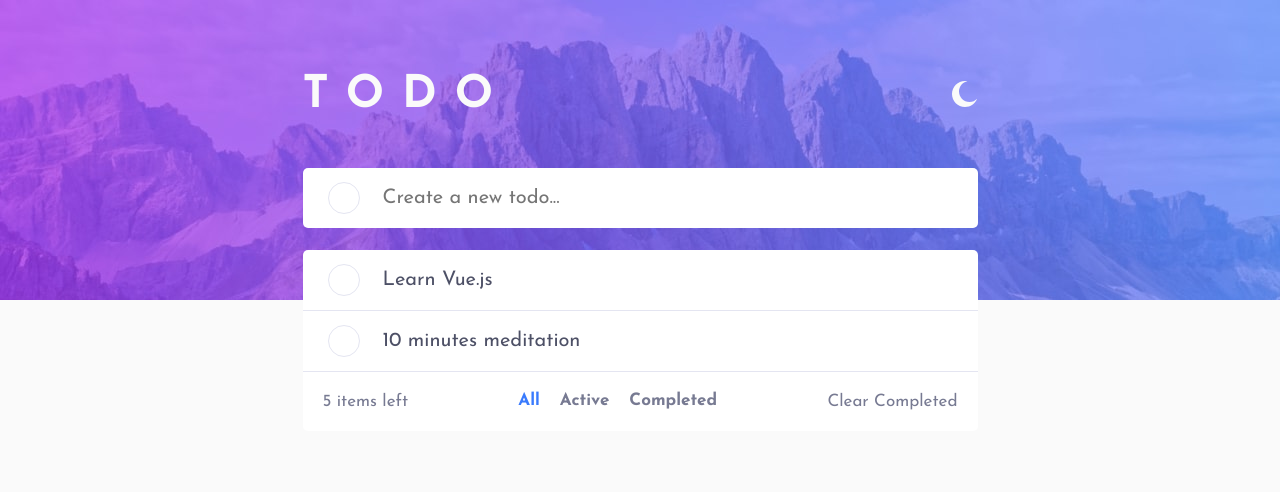
Repository: tomas938/todo-app
Page: /
The author's editor kept a copy of each file at every save. The page is drawn from the files as they stood at one save, then again after the next save.
The browser window is 1280 px wide. The pictures show the whole page.
The project was rebuilt for these pictures with package versions that can differ from the ones it lists, and the page was loaded fresh each time.

Above is the page before, as saved 2021-08-18 12:32:03.

### src/main.js
import { createApp } from "vue";
import App from "./App.vue";
import router from "./router";

createApp(App)
	.use(router)
	.mount("#app");

### src/App.vue
<template>
	<router-view />
</template>

<style lang="scss">
@import "/src/scss/_variables";
:root {
	.dark {
		--bg-image: url(./assets/bg-desktop-dark.jpg);
		--items-bg-color: hsl(235, 24%, 19%);
		--body-bg: hsl(235, 21%, 11%);
		--todo-text: hsl(236, 33%, 92%);
		--todo-border: hsl(237, 14%, 26%);
	}
	.light {
		--bg-image: url(./assets/bg-desktop-light.jpg);
		--items-bg-color: hsl(0, 0%, 100%);
		--body-bg: hsl(0, 0%, 98%);
		--todo-text: hsl(233, 14%, 35%);
		--todo-border: hsl(236, 33%, 92%);
	}
}
* {
	margin: 0;
	padding: 0;
	box-sizing: border-box;
}
html {
	font-size: 62.5%;
}
body {
	font-size: 1.8rem;
	font-family: $font-primary;
	background-color: var(--body-bg);
}

li {
	list-style: none;
}
</style>

### src/router/index.js
import { createRouter, createWebHashHistory } from "vue-router";
import Home from "../views/Home.vue";

const routes = [
	{
		path: "/",
		name: "Home",
		component: Home,
	},
];

const router = createRouter({
	history: createWebHashHistory(),
	routes,
});

export default router;

### src/scss/_variables.scss
// LINK COLLORS-PRIMARY //

$primary: hsl(220, 98%, 61%);
$primary-bg: linear-gradient hsl(192, 100%, 67%) to hsl(280, 87%, 65%);

// LINK LIGHT THEME //

$light-gray: hsl(0, 0%, 98%);
$very-light-grayish-blue: hsl(236, 33%, 92%);
$light-grayish-blue: hsl(233, 11%, 84%);
$dark-grayish-blue: hsl(236, 9%, 61%);
$very-dark-grayish-blue: hsl(235, 19%, 35%);

// LINK DARK THEME //

$very-dark-blue: hsl(235, 21%, 11%);
$dark-desaturated-blue: hsl(235, 24%, 19%);
$light-grayish-blue--dark: hsl(234, 39%, 85%);
$light-grayish-blue--dark-hover: hsl(236, 33%, 92%);
$dark-grayish-blue--dark: hsl(234, 11%, 52%);
$very-dark-grayish-blue--dark: hsl(233, 14%, 35%);
$very-dark-grayish-blue--dark-2: hsl(237, 14%, 26%);

// LINK FONT //

@import url("https://fonts.googleapis.com/css2?family=Josefin+Sans:wght@400;700&display=swap");
$font-primary: "Josefin Sans", sans-serif;
$light: 400;
$bold: 700;

### src/views/Home.vue
<template>
	<Header />
	<Todos />
</template>

<script>
import Header from "../components/Header";
import Todos from "../components/Todos.vue";
export default {
	components: {
		Header,
		Todos,
	},
};
</script>
<style lang="scss"></style>

### src/components/Header.vue
<template>
	<header>
		<nav class="nav container">
			<div class="nav__title">
				<h1>todo</h1>
			</div>
			<svg
				v-if="ligth"
				@click="changeTheme"
				class="nav__theme"
				xmlns="http://www.w3.org/2000/svg"
				width="26"
				height="26"
			>
				<path
					fill="#fafafa"
					fill-rule="evenodd"
					d="M13 0c.81 0 1.603.074 2.373.216C10.593 1.199 7 5.43 7 10.5 7 16.299 11.701 21 17.5 21c2.996 0 5.7-1.255 7.613-3.268C23.22 22.572 18.51 26 13 26 5.82 26 0 20.18 0 13S5.82 0 13 0z"
				/>
			</svg>
			<svg
				v-else
				@click="changeTheme"
				xmlns="http://www.w3.org/2000/svg"
				width="26"
				height="26"
			>
				<path
					fill="#fafafa"
					fill-rule="evenodd"
					d="M13 21a1 1 0 011 1v3a1 1 0 11-2 0v-3a1 1 0 011-1zm-5.657-2.343a1 1 0 010 1.414l-2.121 2.121a1 1 0 01-1.414-1.414l2.12-2.121a1 1 0 011.415 0zm12.728 0l2.121 2.121a1 1 0 01-1.414 1.414l-2.121-2.12a1 1 0 011.414-1.415zM13 8a5 5 0 110 10 5 5 0 010-10zm12 4a1 1 0 110 2h-3a1 1 0 110-2h3zM4 12a1 1 0 110 2H1a1 1 0 110-2h3zm18.192-8.192a1 1 0 010 1.414l-2.12 2.121a1 1 0 01-1.415-1.414l2.121-2.121a1 1 0 011.414 0zm-16.97 0l2.121 2.12A1 1 0 015.93 7.344L3.808 5.222a1 1 0 011.414-1.414zM13 0a1 1 0 011 1v3a1 1 0 11-2 0V1a1 1 0 011-1z"
				/>
			</svg>
		</nav>
		<div class="new-todo">
			<input type="text" placeholder="Create a new todo..." />
		</div>
	</header>
</template>

<script>
export default {
	data() {
		return {
			ligth: true,
			body: document.body,
		};
	},
	methods: {
		changeTheme() {
			this.ligth = !this.ligth;
			if (!this.ligth) {
				this.body.classList.remove("light");
				this.body.classList.add("dark");
			} else {
				this.body.classList.remove("dark");
				this.body.classList.add("light");
			}
		},
	},
	mounted() {
		this.body.classList.add("light");
	},
};
</script>

<style lang="scss" scoped>
@import "/src/scss/_variables";

header {
	height: 30rem;
	display: flex;
	flex-direction: column;
	align-items: center;
	justify-content: center;
	gap: 5rem;
	padding: 3rem;
	background-image: var(--bg-image);
	background-repeat: no-repeat;
	background-size: cover;
}
.nav {
	max-width: 67.5rem;
	width: 100%;
	display: flex;
	justify-content: space-between;
	align-items: baseline;
	&__title h1 {
		font-size: 4.5rem;
		letter-spacing: 1.8rem;
		text-transform: uppercase;
	}

	svg {
		cursor: pointer;
	}
}
.new-todo {
	max-width: 67.5rem;
	width: 100%;
	position: relative;
	&::before {
		content: "";
		position: absolute;
		top: 50%;
		transform: translateY(-50%);
		left: 2.5rem;
		width: 3rem;
		height: 3rem;
		border-radius: 50%;
		border: 1px solid var(--todo-border);
	}
}
input {
	background-color: var(--items-bg-color);
	width: 100%;
	outline: none;
	border: none;
	padding: 2rem;
	padding-left: 8rem;
	border-radius: 0.5rem;
	font-size: 2rem;
	font-family: $font-primary;
	font-weight: $light;
}
h1 {
	color: $light-gray;
}
</style>

### src/components/Todos.vue
<template>
	<main>
		<ul class="todos">
			<li class="todo-item">
				<span>Learn Vue.js</span>
			</li>
			<li class="todo-item">
				<span>10 minutes meditation</span>
			</li>
			<div class="filters">
				<div class="items-left">
					<span>5 items left</span>
				</div>
				<div class="filter">
					<span>All</span>
					<span>Active</span>
					<span>Completed</span>
				</div>
				<div class="clear">
					<span>Clear Completed</span>
				</div>
			</div>
		</ul>
	</main>
</template>

<script>
export default {};
</script>

<style lang="scss" scoped>
@import "/src/scss/_variables";

main {
	padding: 0 3rem;
	display: flex;
	justify-content: center;
	transform: translateY(-5rem);
}
.todos {
	max-width: 67.5rem;
	width: 100%;
	border-radius: 0.5rem;
	background-color: var(--items-bg-color);
}
.todo-item {
	position: relative;
	width: 100%;
	padding: 2rem;
	padding-left: 8rem;
	font-size: 2rem;
	font-family: $font-primary;
	font-weight: $light;
	color: var(--todo-text);
	border-bottom: 1px solid var(--todo-border);

	// FIXME maybe group styling //
	&::before {
		cursor: pointer;
		content: "";
		position: absolute;
		top: 50%;
		transform: translateY(-50%);
		left: 2.5rem;
		width: 3rem;
		height: 3rem;
		border-radius: 50%;
		border: 1px solid var(--todo-border);
	}
	&::after {
		opacity: 0;
		cursor: pointer;
		content: "";
		position: absolute;
		right: 2.5rem;
		width: 2.6rem;
		height: 2.6rem;
		background-image: url(../assets/icon-cross.svg);
		background-repeat: no-repeat;
	}
	&:hover:after {
		transition: opacity 0.5s ease-in-out;
		opacity: 1;
	}
}
.filters {
	display: flex;
	justify-content: space-between;
	padding: 2rem;
	.filter {
		display: flex;
		gap: 2rem;
		span {
			font-weight: $bold;
			&:first-child {
				color: $primary;
			}
		}
	}
	.items-left {
		span {
			cursor: auto;
		}
	}
	span {
		color: $dark-grayish-blue--dark;
		cursor: pointer;
		font-size: 1.7rem;
	}
}
</style>

Loaded but not shown: public/index.html (common file)

After the next save:
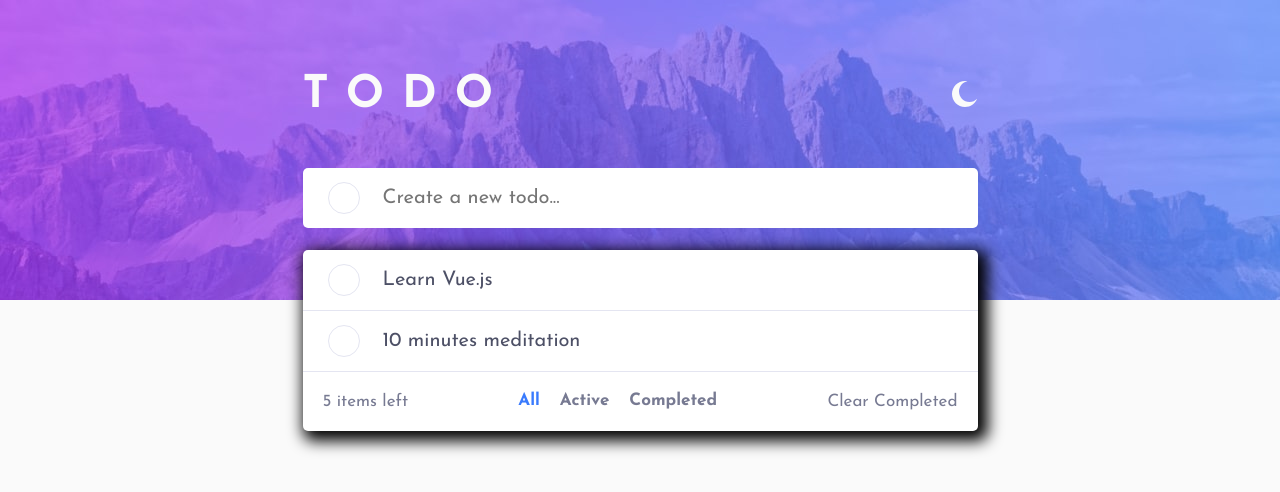
Saved 62 min 27 s later.
--- a/src/components/Todos.vue
+++ b/src/components/Todos.vue
@@ -42,6 +42,7 @@ main {
 	width: 100%;
 	border-radius: 0.5rem;
 	background-color: var(--items-bg-color);
+	box-shadow: 5px 5px 15px 5px #000000;
 }
 .todo-item {
 	position: relative;
